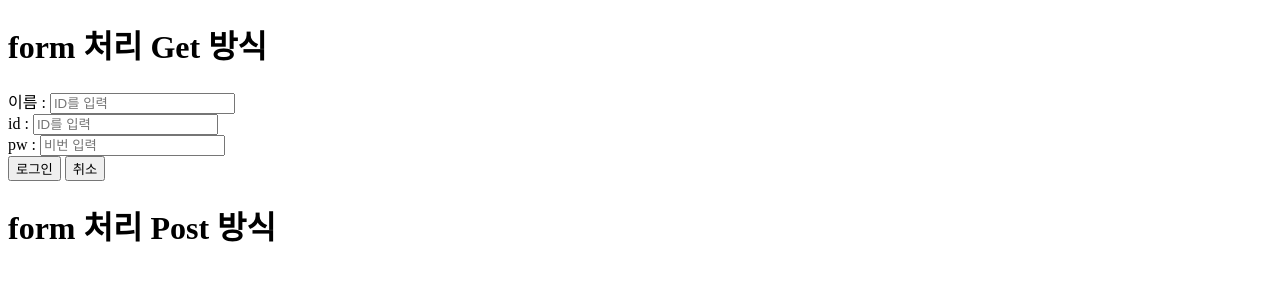
Repository: ssleap/multicampusIoT
Page: workspace190520/edu1/WebContent/form1.html
These files come from the project's save history. The page is drawn as it stood at one moment and after the next save; the edit follows.
The browser window is 1280 px wide. The pictures show the whole page.

Above is the page before, as saved 2019-05-22 01:32:40.

After the next save:
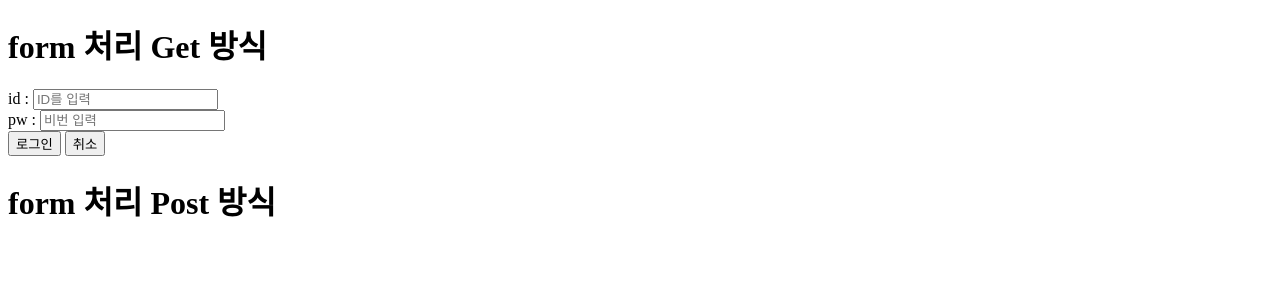
Saved 18 s later.
--- a/workspace190520/edu1/WebContent/form1.html
+++ b/workspace190520/edu1/WebContent/form1.html
@@ -11,13 +11,6 @@
 	<h1> form 처리 Get 방식</h1>
 
 	<form method ="get">
-		이름 : <input
-		type = "text"
-		name = 'name'
-		value =""
-		placeholder = "ID를 입력">
-		<br>
-
 		id : <input
 		type = "text"
 		name = "id"
